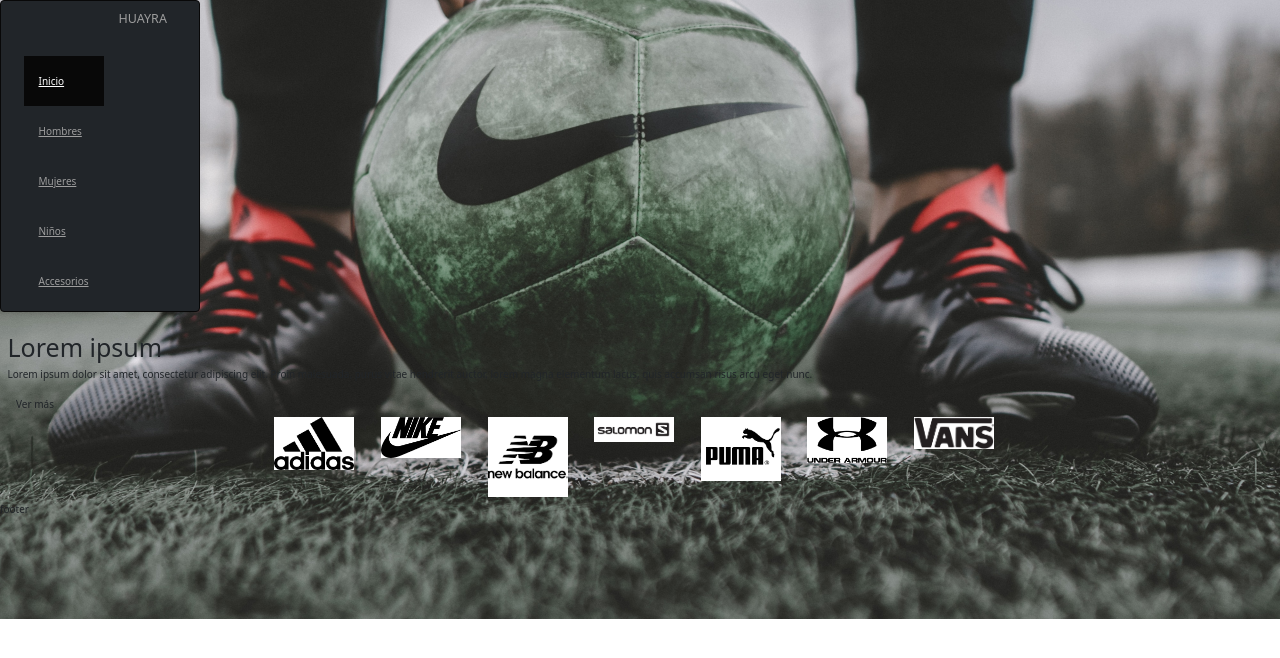
Repository: ereiss86/TrabajoPracticoFinal
Page: Trabajo final/index.html
These files come from the project's save history. The page is drawn as it stood at one moment and after a run of saves; the edit follows.
The browser window is 1280 px wide. The pictures show the whole page.

Above is the page before, as saved 2023-04-09 02:40:19.

### Trabajo final/index.html
<!DOCTYPE html>
<html lang="es">
<head>
    <meta charset="UTF-8">
    <meta name="viewport" content="width=device-width, initial-scale=1">
    <title>HUAYRA DEPORTES</title>
    <link rel="stylesheet" href="https://maxcdn.bootstrapcdn.com/bootstrap/3.4.1/css/bootstrap.min.css">
    <link rel="stylesheet" href="./Trabajo final/css/bootstrap.min.css">
    <link rel="stylesheet" type="text/css" href="estilo.css">
    <script src="https://ajax.googleapis.com/ajax/libs/jquery/3.5.1/jquery.min.js"></script>
    <script src="https://maxcdn.bootstrapcdn.com/bootstrap/3.4.1/js/bootstrap.min.js"></script>
</head>
<body>
  <header>
    <nav class="navbar navbar-inverse navbar-dark bg-dark navbar-toggleable-sm">
      <div class="container-fluid">
        <div class="navbar-header">
          <button type="button" class="navbar-toggle" data-toggle="collapse" data-target="#myNavbar">
            <span class="icon-bar"></span>
            <span class="icon-bar"></span>
            <span class="icon-bar"></span>
          </button>
          <a class="navbar-brand" href="#">HUAYRA</a>
        </div>
        <div class="collapse navbar-collapse" id="myNavbar">
          <ul class="nav navbar-nav">
            <li class="active"><a href="#">Inicio</a></li>
            <li><a href="#">Hombres</a></li>
            <li><a href="#">Mujeres</a></li>
            <li><a href="#">Niños</a></li>
            <li><a href="#">Accesorios</a></li>
          </ul>
        </div>
      </div>
    </nav>
  </header>
  <article class="header-banner">
    <div class="container-fluid">
      <div class="row">
        <div class="col-lg-8 col-md-8 col-sm-12">
          <div class="header-text">
            <h1>Lorem ipsum</h1>
            <p>Lorem ipsum dolor sit amet, consectetur adipiscing elit. Proin malesuada, purus vitae hendrerit auctor, lorem magna elementum lacus, quis accumsan risus arcu eget nunc.</p>
            <a href="#" class="btn">Ver más</a>
          </div>
        </div>
        <!-- <div class="col-lg-4 col-md-4 col-sm-12">
          <div class="header-image">
            <img src="Imagenes/lupita posta.jpg" alt="image">
          </div> -->
        </div>
      </div>
    </div>
  </article>
  <section class="header-buttons-container">
    <div class="container-fluid">
      <div class="row d-flex justify-content-center">
        <div class="col-lg-1 col-md-3 col-sm-4 mb-2 align-items-center">
          <a href="#">
            <img src="Iconos/adidas.png" alt="logo_adidas" class="img-fluid mx-auto" style="max-width: 80px;">
          </a>
        </div>
        <div class="col-lg-1 col-md-3 col-sm-4 mb-2 align-items-center">
          <a href="#">
            <img src="Iconos/nike.png" alt="logo_nike" class="img-fluid mx-auto" style="max-width: 80px;">
          </a>
        </div>
        <div class="col-lg-1 col-md-3 col-sm-4 mb-2 align-items-center">
          <a href="#">
            <img src="Iconos/new balance.png" alt="logo_new balance" class="img-fluid mx-auto" style="max-width: 80px;">
          </a>
        </div>
        <div class="col-lg-1 col-md-3 col-sm-4 mb-2 align-items-center">
          <a href="#">
            <img src="Iconos/salomon.png" alt="logo_salomon" class="img-fluid mx-auto" style="max-width: 80px;">
          </a>
        </div>
        <div class="col-lg-1 col-md-3 col-sm-4 mb-2 align-items-center">
          <a href="#">
            <img src="Iconos/puma.png" alt="logo_puma" class="img-fluid mx-auto" style="max-width: 80px;">
          </a>
        </div>
        <div class="col-lg-1 col-md-3 col-sm-4 mb-2 align-items-center">
          <a href="#">
            <img src="Iconos/under armour.png" alt="logo_under" class="img-fluid mx-auto" style="max-width: 80px;">
          </a>
        </div>
        <div class="col-lg-1 col-md-3 col-sm-4 mb-2 align-items-center">
          <a href="#">
            <img src="Iconos/vans.png" alt="logo_vans" class="img-fluid mx-auto" style="max-width: 80px;">
          </a>
        </div>
      </div>
    </div>
  </section>
  <script></script>
  <footer>footer</footer>
</body>
</html>

### Trabajo final/estilo.css


  header {
    display: flex;
    flex-wrap: wrap;
  }

  @media (max-width: 768px) {
    header > * {
      flex-basis: 100%;
    }
  }

  @media (min-width: 769px) and (max-width: 991px) {
    header > * {
      flex-basis: 50%;
    }
  }

  @media (min-width: 992px) {
    header > * {
      flex-basis: 33.33%;
    }
  }

body {
  background-image: url('Imagenes/Fondo.jpg');
  background-size: cover;
  background-position: center;
  background-repeat: no-repeat;
}
/* header {
  position: fixed;
  top: 0;
  left: 0;
  right: 0;
  z-index: 999;
  background: rgba(255, 255, 255, 0.8);
  padding: 20px 0;
  box-shadow: 0 0 10px rgba(0, 0, 0, 0.1);
}

header .contenedor-lupita{
  display: inline-block;
  position: relative;
}

header .header-search input {
  width: 200px;
  border: none;
  border-bottom: 2px solid #ccc;
  font-size: 16px;} */
/*
 .container_icon {
  display: flexbox;
  justify-content: space-around;
  width: 30%;
  height: 30%;
  } */


/*.bg-image {
  background-image: url("Imagenes/Foto\ header.jpg");
  background-size: cover;
  background-position: center center;
  background-repeat: no-repeat;
  }

ul {
  display: flex;
  justify-content: flex-start;
  list-style: none;
  gap: 1mm;
}

li {
  display: inline-block;
  margin: 0;
  padding: 0;
}

a {
  padding: 10px 15px;
  background-color: #4CAF50;
  color: white;
  border-radius: 20px;
  border: none;
  font-size: 16px;
  cursor: pointer;
}
*/

Loaded but not shown: Trabajo final/css/bootstrap.min.css (library)

After the next 5 saves:
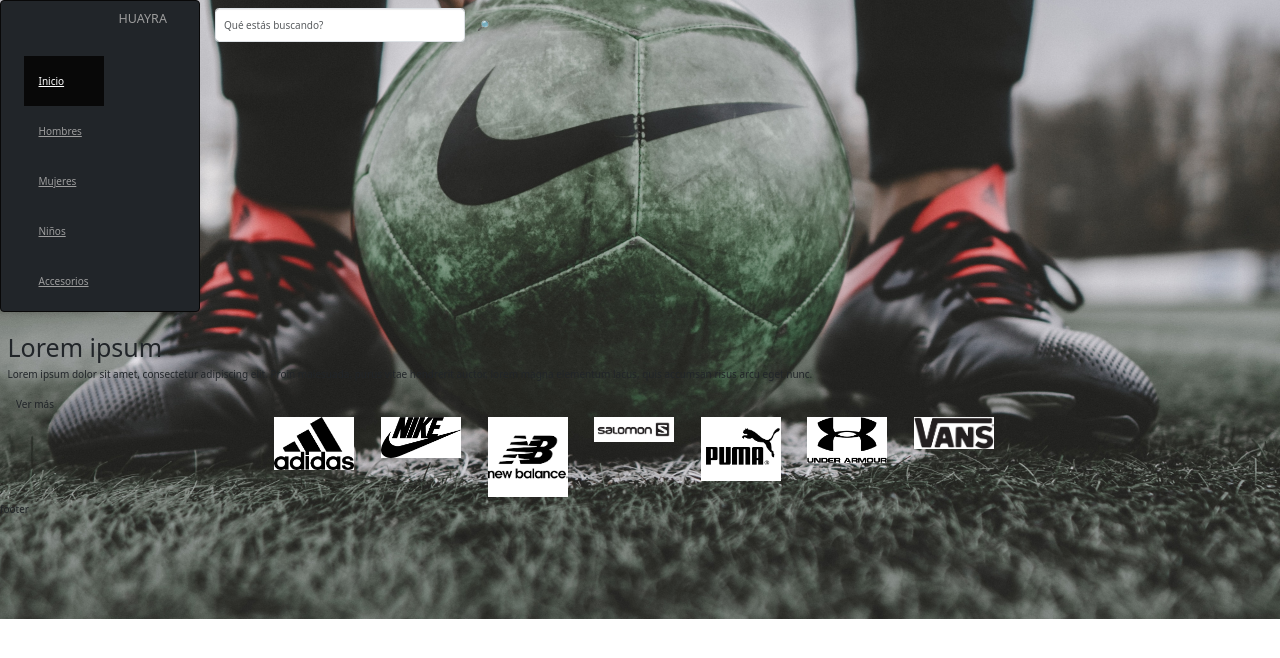
The 5 saves are shown as one change because they came seconds apart.
The last was saved 17 s later.
--- a/Trabajo final/index.html
+++ b/Trabajo final/index.html
@@ -33,6 +33,13 @@
         </div>
       </div>
     </nav>
+    <div><form class="navbar-form navbar-right" role="search">
+      <div class="form-group">
+        <input type="text" class="form-control" placeholder="Qué estás buscando?" style="width: 250px;">
+      </div>
+      <button type="submit" class="btn btn-default">🔎</button>
+    </form>
+</div>
   </header>
   <article class="header-banner">
     <div class="container-fluid">
